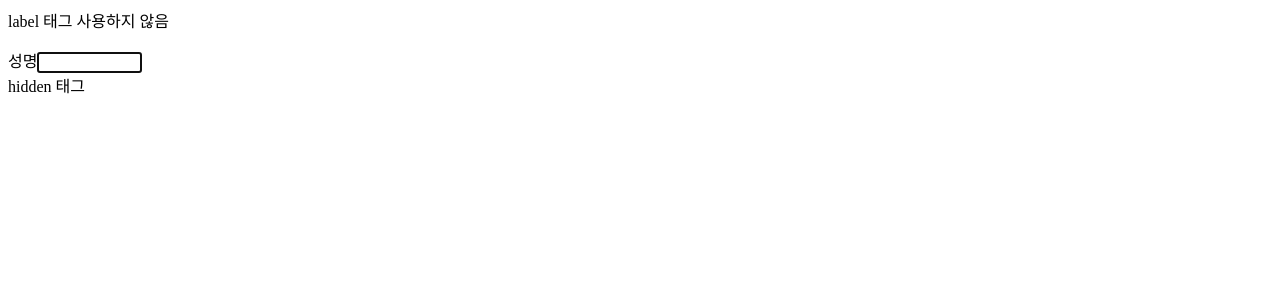
Repository: roditee/Frontend_ex
Page: HTML01/src/main/webapp/form.html
An editor plug-in stored every save of this project. The page is shown before and after the next save, followed by the edit.
The browser window is 1280 px wide. The pictures show the whole page.

Above is the page before, as saved 2021-12-02 07:41:56.

After the next save:
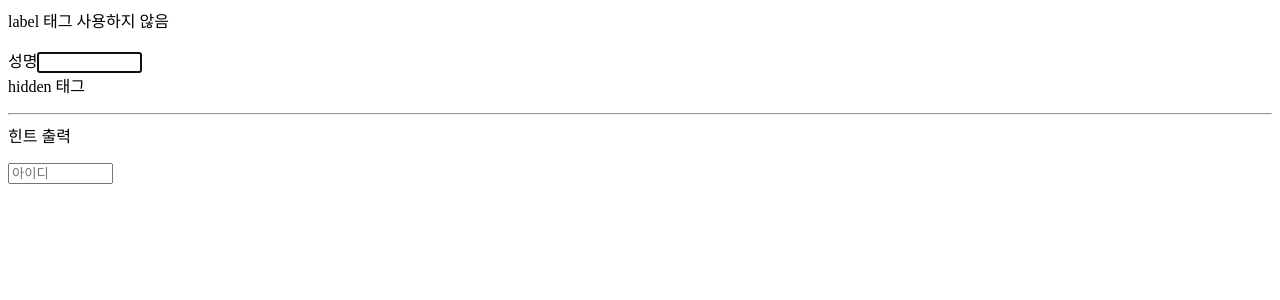
Saved 64 s later.
--- a/HTML01/src/main/webapp/form.html
+++ b/HTML01/src/main/webapp/form.html
@@ -11,6 +11,10 @@
 
 			hidden 태그
 			<input type="text" id="prdNo" hidden>
+			<hr>
+
+			힌트 출력<p>
+			<input type="text" name="id" size="10" placeholder="아이디"><br>
 		</form>
 	</body>
 </html>
